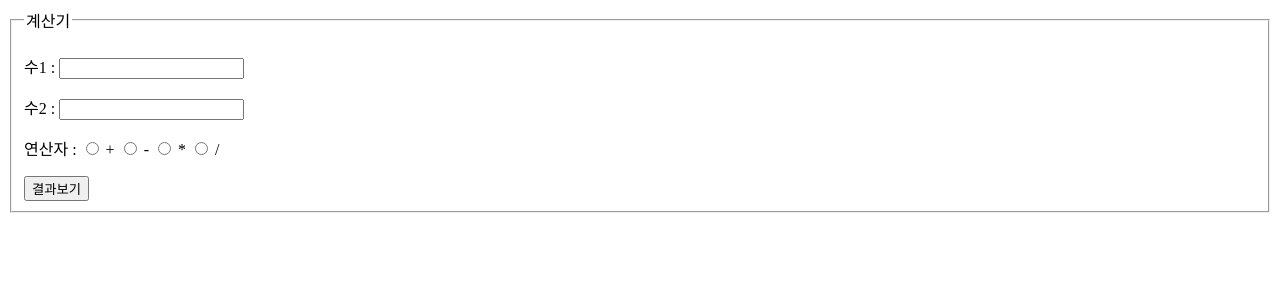
Repository: Kebiskim/2023_jspStudy
Page: 01_servlet/src/main/webapp/view/Ex07.html
These files come from the project's save history. The page is drawn as it stood at one moment and after the next save; the edit follows.
The browser window is 1280 px wide. The pictures show the whole page.

Above is the page before, as saved 2023-06-30 04:17:36.

After the next save:
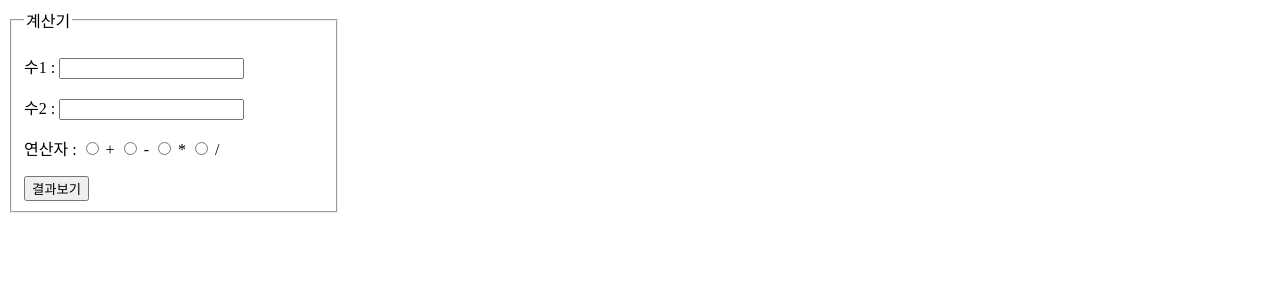
Saved 20 s later.
--- a/01_servlet/src/main/webapp/view/Ex07.html
+++ b/01_servlet/src/main/webapp/view/Ex07.html
@@ -4,11 +4,9 @@
 <meta charset="UTF-8">
 <title>Calculator</title>
 <style type="text/css">
-	#border1{
-	  width : 300px;
-	  height: auto;
-	  border: 1px solid lightgray;
-	  padding: 10px;
+	fieldset{
+	width: 300px;
+
 	}
 </style>
 </head>
